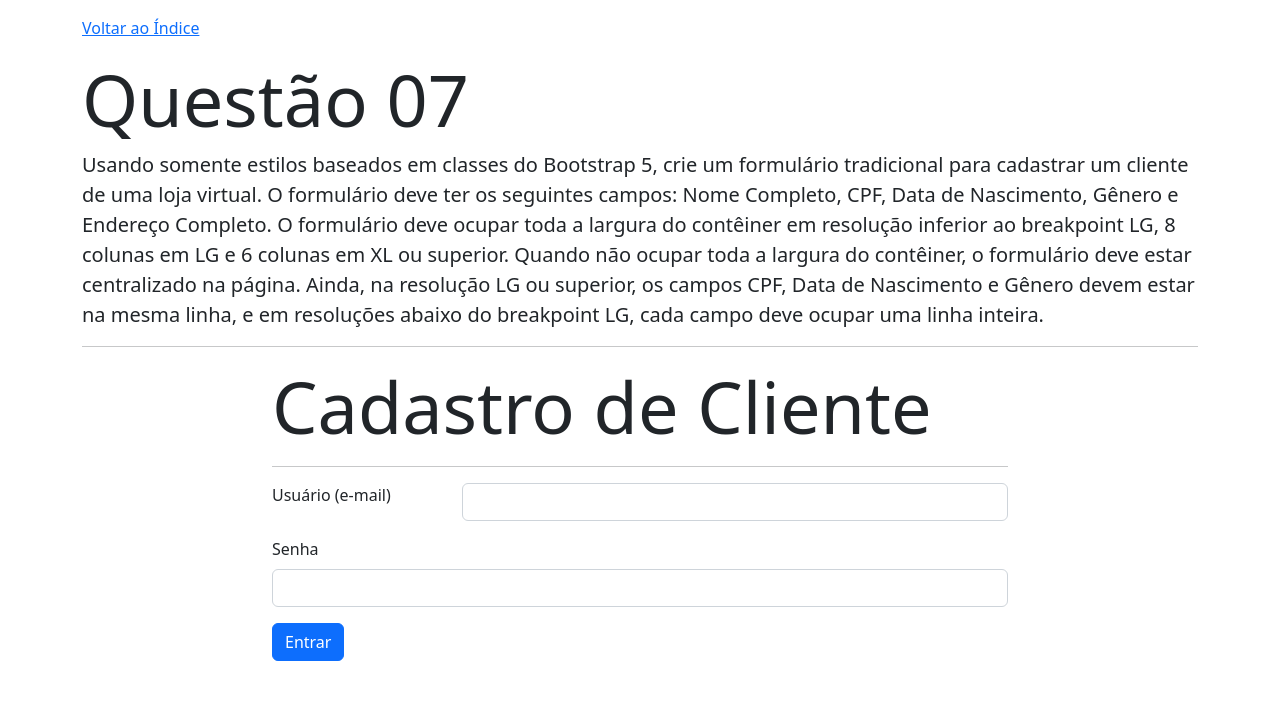
Repository: In-Game-full/Reprograme-se
Page: S-8/Atividade-Pratica-da-Semana-3-do-Replit/questao07.html
An editor plug-in stored every save of this project. The page is shown before and after the next save, followed by the edit.
The browser window is 1280 px wide. The pictures show the whole page.

Above is the page before, as saved 2023-09-12 15:35:22.

After the next save:
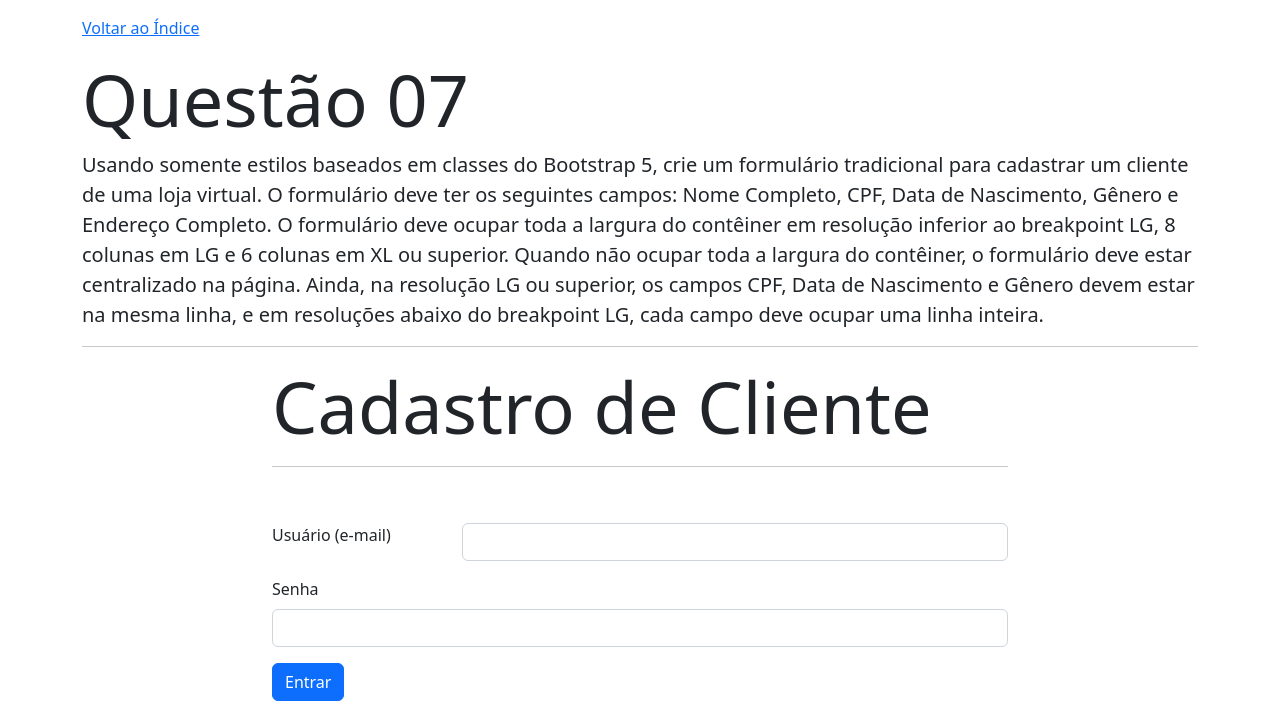
Saved 13 s later.
--- a/S-8/Atividade-Pratica-da-Semana-3-do-Replit/questao07.html
+++ b/S-8/Atividade-Pratica-da-Semana-3-do-Replit/questao07.html
@@ -27,7 +27,7 @@
                 <hr>
                 <form action="">
                     <div class="mb-3">
-
+                        <label for=""></label>
                     </div>
                     <div class="row mb-3">
                         <div class="col-lg-3">
